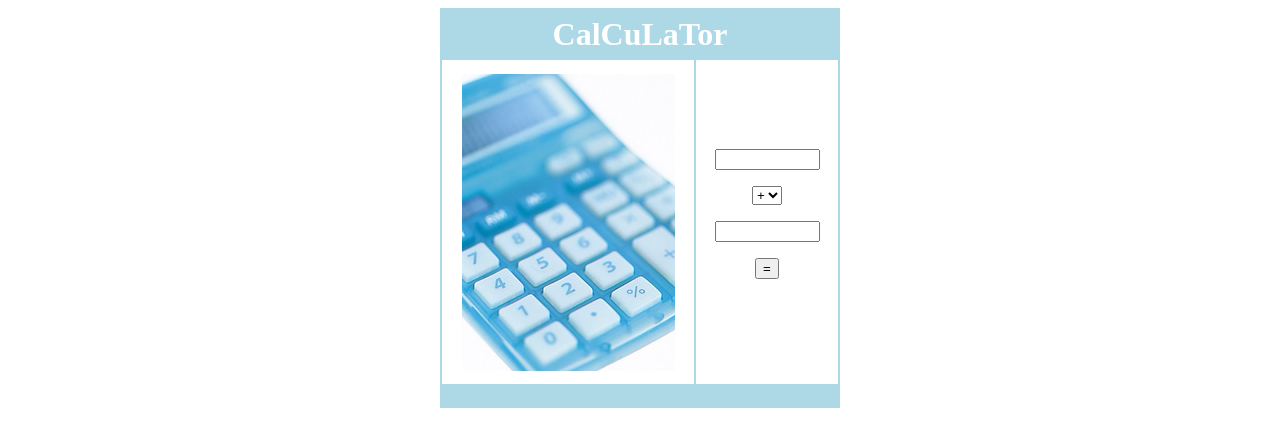
Repository: LeeHyeSu/JSP
Page: http://localhost/Practice32/calc.jsp
An editor plug-in stored every save of this project. The page is shown before and after the next save, followed by the edit.
The browser window is 1280 px wide. The pictures show the whole page.
The page is served by Tomcat 9.

Above is the page before, as saved 2017-11-24 08:43:31.

After the next save:
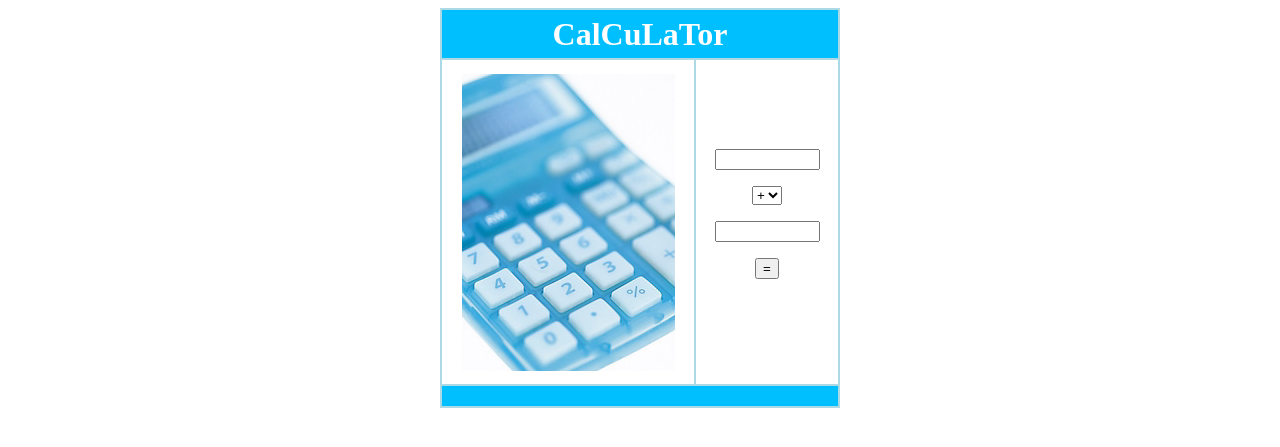
Saved 115 s later.
--- a/Practice32/WebContent/calc.jsp
+++ b/Practice32/WebContent/calc.jsp
@@ -11,12 +11,12 @@
 	<table width="400" height="400" border="1"
 		bordercolor="lightblue" align="center" cellspacing="0">
 		<tr height="50">
-			<td colspan="2" bgcolor="lightblue" align="center">
+			<td colspan="2" bgcolor="#00BFFF" align="center">
 			<b><font size="6" color="white">CalCuLaTor</font></b>
 			</td>
 		</tr>
 		<tr align="center">
-			<td cellpadding="0" width="250px"><img src="images/cal.jpg"></td>
+			<td width="250px"><img src="images/cal.jpg"></td>
 			<td>
 				<input type="text" name="op1" size="10"><p>
 				<select name="operator">
@@ -30,7 +30,7 @@
 			</td>
 		</tr>
 		<tr height="20">
-			<td colspan="2" bgcolor="lightblue">&nbsp;</td>
+			<td colspan="2" bgcolor="#00BFFF">&nbsp;</td>
 		</tr>
 	</table>
 </form>
